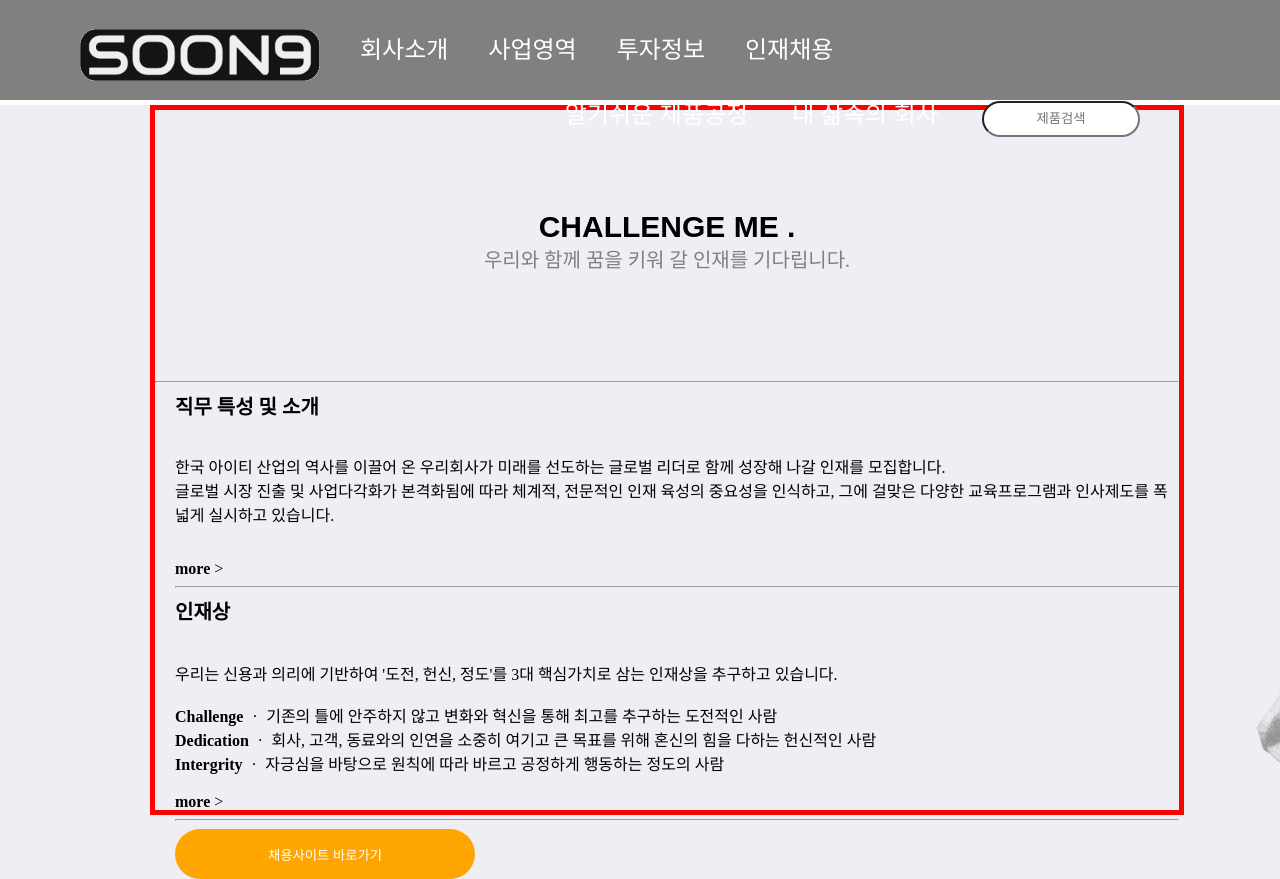
Repository: golddrone7/front
Page: soon9/src/main/webapp/index.html
The author's editor kept a copy of each file at every save. The page is drawn from the files as they stood at one save, then again after the next save.
The browser window is 1280 px wide. The pictures show the whole page.

Above is the page before, as saved 2023-03-02 02:52:32.

After the next save:
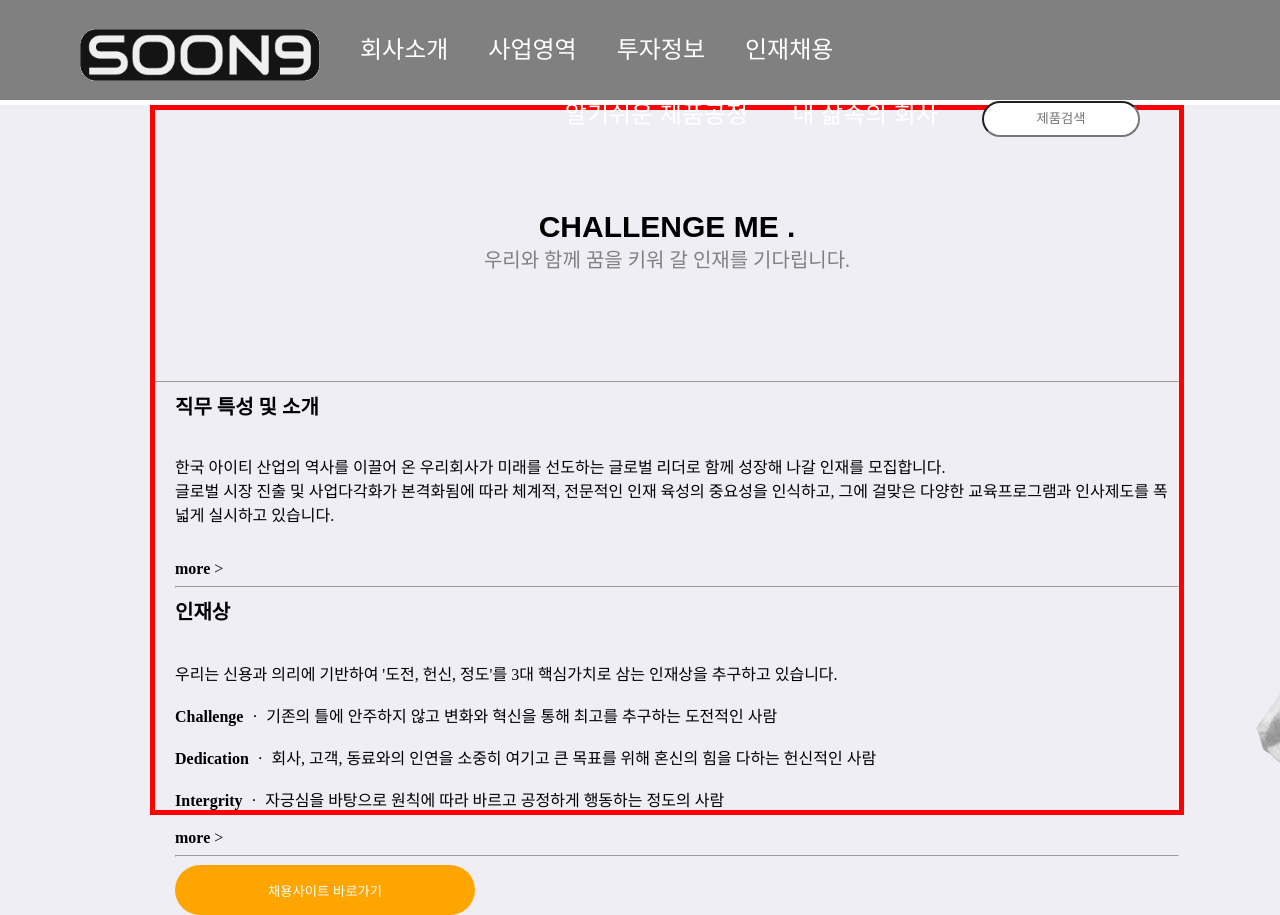
Saved 59 s later.
--- a/soon9/src/main/webapp/index.html
+++ b/soon9/src/main/webapp/index.html
@@ -46,8 +46,8 @@
 		<div class="content-main">인재상</div>
 		<br><br>
 		우리는 신용과 의리에 기반하여 '도전, 헌신, 정도'를 3대 핵심가치로 삼는 인재상을 추구하고 있습니다.<br><br>
-		<b>Challenge</b> ㆍ 기존의 틀에 안주하지 않고 변화와 혁신을 통해 최고를 추구하는 도전적인 사람<br>
-		<b>Dedication</b> ㆍ 회사, 고객, 동료와의 인연을 소중히 여기고 큰 목표를 위해 혼신의 힘을 다하는 헌신적인 사람<br>
+		<b>Challenge</b> ㆍ 기존의 틀에 안주하지 않고 변화와 혁신을 통해 최고를 추구하는 도전적인 사람<br><br>
+		<b>Dedication</b> ㆍ 회사, 고객, 동료와의 인연을 소중히 여기고 큰 목표를 위해 혼신의 힘을 다하는 헌신적인 사람<br><br>
 		<b>Intergrity</b> ㆍ 자긍심을 바탕으로 원칙에 따라 바르고 공정하게 행동하는 정도의 사람
 		<br><br>
 		<b>more</b> >
